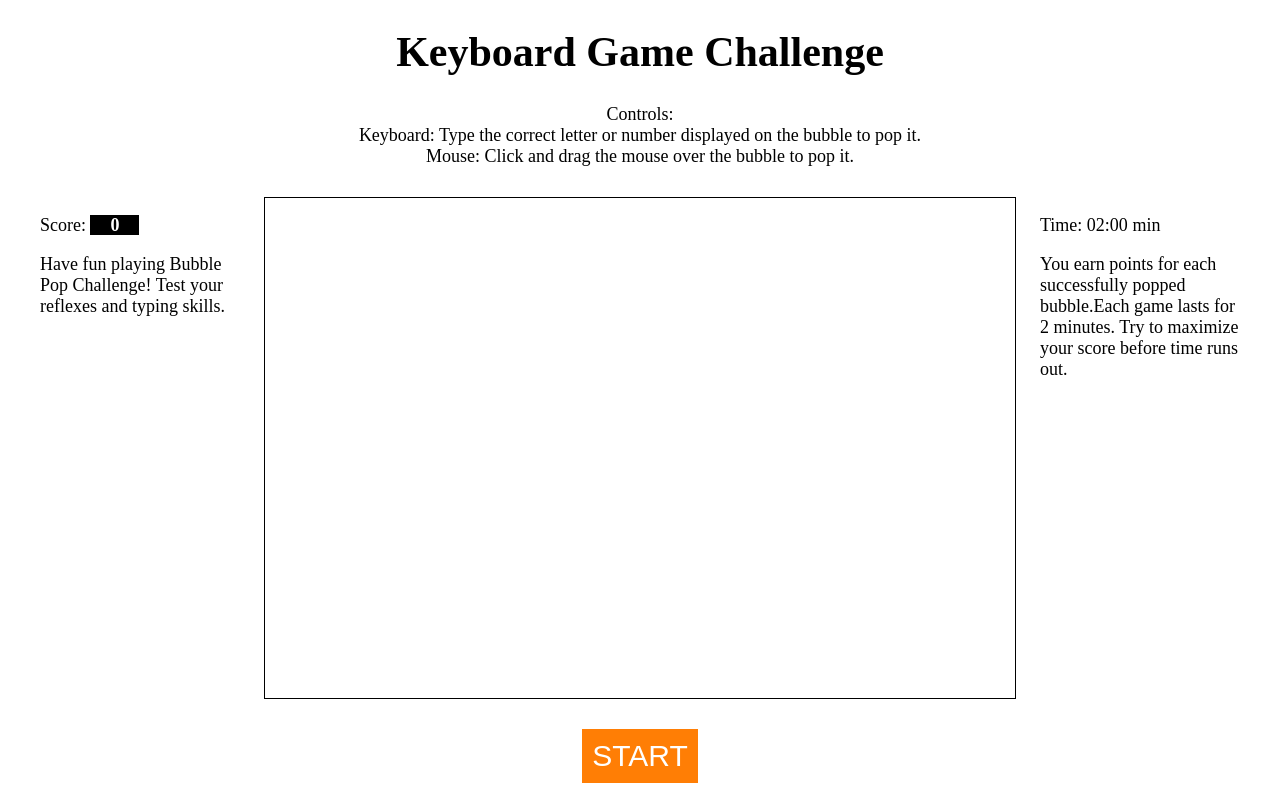
Repository: TianJunShi1/imw-2023
Page: index.html
The author's editor kept a copy of each file at every save. The page is drawn from the files as they stood at one save, then again after the next save.
The browser window is 1280 px wide. The pictures show the whole page.

Above is the page before, as saved 2024-03-25 09:49:59.

### index.html
<!DOCTYPE html>
<html>

<head>
  <title>Bubble Pop Challenge</title>
  <style>
    .box {
      width: 1200px;
      margin: 0 auto;
      text-align: center;
    }

    h1 {
      font-size: 42px;
    }

    .bubblePre {
      width: 600px;
      margin: 0 auto;
    }

    .main {
      display: flex;
      align-items: flex-start;
      justify-content: space-between;
      margin-top: 30px;
    }

    .left,
    .right {
      width: 200px;
    }

    p {
      font-size: 18px;
    }

    .margin0 {
      margin: 0;
    }

    #score {
      padding: 0 20px;
      background-color: #000;
      color: #fff;
      font-weight: bold;
    }

    .left p,
    .right p {
      text-align: left;
    }

    canvas {
      border: 1px solid black;
    }

    button {
      margin-top: 30px;
      background-color: #ff7e05;
      padding: 10px;
      color: #fff;
      border: none;
      cursor: pointer;
      font-size: 30px;
    }
  </style>
</head>

<body>
  <div class="box">
    <h1>Keyboard Game Challenge</h1>
    <div class="bubblePre">
      <p class="margin0">Controls:</p>
      <p class="margin0">
        Keyboard: Type the correct letter or number displayed on the bubble to pop it.
        Mouse: Click and drag the mouse over the bubble to pop it.</p>
    </div>
    <div class="main">
      <div class="left">
        <p>Score: <span id="score">0</span></p>
        <p>Have fun playing Bubble Pop Challenge! Test your reflexes and typing skills.</p>
      </div>
      <canvas id="canvasEle"></canvas>
      <div class="right">
        <p>Time: <span id="time">02:00</span> min</p>
        <p>You earn points for each successfully popped bubble.Each game lasts for 2 minutes. Try to maximize your score
          before time runs out.</p>
      </div>
    </div>
    <button id="start">START</button>
  </div>

  <script src="index.js"></script>
</body>

</html>

### index.js
// 定义游戏状态变量
var score = 0  //定义分数
var bubbles = []  //生成泡泡绘制组成的数组
var time = 120  //定义时间
var keyPressed = ""  //键盘按下
var w = 750  // 设置宽
var h = 500  // 设置高
var timer  //设置定时器默认值
var speedFactor = 0.5 // 减少这个值会使泡泡移动得更慢

// 随机生成泡泡
var o1 = {
  radius: 30,  //半径
  c: 100,  //颜色
  clicked: false,  //是否被点击
  change: { c: 10 }
}

const canvas = document.getElementById("canvasEle")  // 获取 canvas 元素并创建绘图上下文
const ctx = canvas.getContext("2d")
canvas.width = w  // 设置宽
canvas.height = h  // 设置高


// 监听键盘按键事件
document.onkeydown = function (event) {
  keyPressed = event.key.toUpperCase() // 记录按下的键
}

// 监听鼠标点击事件
canvas.onmousedown = function (event) {
  const rect = canvas.getBoundingClientRect()
  const mouseX = event.clientX - rect.left
  const mouseY = event.clientY - rect.top
  for (let i = 0; i < bubbles.length; i++) {
    if (isPointInsideBubble(mouseX, mouseY, bubbles[i])) {
      if (bubbles[i].type === "shape") {
        bubbles[i].clicked = true
      }
    }
  }
}
// 开始游戏按钮点击事件
document.getElementById("start").onclick = function () {
  // 开始游戏了设置禁止再点击start按钮
  document.getElementById("start").setAttribute("disabled", true)
  update()
  generateBubble(4)
  timer = setInterval(updateTimer, 1000)  // 每秒调用一次 updateTimer 函数
}


// 更新游戏状态
function update () {
  // 清空画布
  ctx.clearRect(0, 0, w, h)

  // 绘制泡泡
  for (let i = 0; i < bubbles.length; i++) {
    const o = bubbles[i]

    // 绘制泡泡
    drawBubbles(o)

    // 绘制泡泡内的内容
    if (o.type === "text") {  //文字
      drawBubblesText(o)
    } else if (o.type === "shape") { //图形
      drawBubblesShape(o)
    }

    // 判断泡泡是否被点击或按下正确的键
    if ((o.clicked && o.type === "shape") || (o.type === "text" && o.content === keyPressed)) {
      bubbles.splice(i, 1)  //删除已经正确的
      i--
      score += 1  //正确的+1
      generateBubble(randZeroOrOne()) // 生成新的泡泡
      break // 只在点击一个泡泡后生成一个新的泡泡
    }

    // 检查泡泡是否碰到边界
    bounce(o)

    // 更新泡泡的位置
    o.x += o.dx
    o.y += o.dy
  }

  // 得分
  document.getElementById("score").innerHTML = score

  // 请求下一帧更新
  requestAnimationFrame(update)
}

// 更新剩余时间
function updateTimer () {
  const minutes = Math.floor(time / 60) // 计算剩余分钟数
  const seconds = time % 60 // 计算剩余秒数

  // 格式化时间为 mm:ss 的形式
  const formatTime = `${minutes.toString().padStart(2, '0')}:${seconds.toString().padStart(2, '0')}`
  // 更新时间显示
  document.getElementById("time").innerHTML = formatTime

  if (time <= -1) {
    clearInterval(timer) // 清除定时器
    endGame() // 结束游戏逻辑
  }
  time-- // 时间减少1秒
}

function endGame () {  //结束游戏
  // 弹出得分结果
  alert(`Game Over!\nYour Score: ${score}`)
  location.reload()
  document.getElementById("start").setAttribute("disabled", false)
  return
}

// 绘制泡泡
function drawBubbles (o) {
  // 当泡泡类型为 'shape' 时，不绘制外围的圆形泡泡
  if (o.type === 'text') {
    ctx.beginPath()
    ctx.arc(o.x, o.y, o.radius, 0, Math.PI * 2)
    ctx.fillStyle = o.color
    ctx.fill()
  }
}

// 绘制泡泡里面的文字
function drawBubblesText (o) {
  ctx.font = "20px Arial"
  ctx.fillStyle = "white"
  ctx.fontWeight = "bold"
  ctx.textAlign = "center"
  ctx.fillText(o.content, o.x, o.y + 6)
}

// 绘制泡泡里面的图形
function drawBubblesShape (o) {
  ctx.beginPath()
  if (o.content == 'circle') {
    ctx.arc(o.x, o.y, o.radius, 0, Math.PI * 2)
  } else if (o.content == 'square') {
    ctx.rect(o.x - o.radius, o.y - o.radius, o.radius * 2, o.radius * 2)
  } else if (o.content == 'rectangle') {
    ctx.rect(o.x - o.radius, o.y - o.radius / 2, o.radius * 2, o.radius)
  } else if (o.content == 'triangle') {
    ctx.moveTo(o.x, o.y - o.radius)
    ctx.lineTo(o.x + o.radius, o.y + o.radius)
    ctx.lineTo(o.x - o.radius, o.y + o.radius)
    ctx.closePath()
  } else if (o.content == 'diamond') {
    ctx.beginPath()
    ctx.moveTo(o.x, o.y - o.radius) // 上顶点
    ctx.lineTo(o.x + o.radius, o.y) // 右顶点
    ctx.lineTo(o.x, o.y + o.radius) // 下顶点
    ctx.lineTo(o.x - o.radius, o.y) // 左顶点
    ctx.closePath()
    ctx.fill()
  }
  ctx.fillStyle = o.color
  ctx.fill()
}

// 检查泡泡是否碰到边界
function bounce (o) {
  if (o.x - o.radius <= 0 || o.x + o.radius >= canvas.width) {
    o.dx *= -1
  }
  if (o.y - o.radius <= 0 || o.y + o.radius >= canvas.height) {
    o.dy *= -1
  }
}

// 判断点是否在泡泡内部
function isPointInsideBubble (x, y, o) {
  const dx = x - o.x
  const dy = y - o.y
  return dx * dx + dy * dy <= o.radius * o.radius
}

// num 生成的个数
function generateBubble (num) {
  for (let i = 0; i < num; i++) {  //文字
    let c = o1.change.c += o1.c
    const bubble = {
      x: rand() * (w - 60) + 30, // 随机位置，确保不会碰到边界
      y: rand() * (h - 60) + 30,
      radius: o1.radius,  //半径
      color: 'hsla(' + c + ', 100%, 50%, 1)',  //颜色
      content: getRandomTextContent(),  //内容
      type: "text",  //类型-文字
      clicked: o1.clicked,  //是否被点击
      dx: (rand() * 4 - 2) * speedFactor, // x 方向的速度
      dy: (rand() * 4 - 2) * speedFactor, // y 方向的速度
    }
    bubbles.push(bubble)
  }
  //设置的规则是每消除一个，再生成1个，
  // 控制当随机生成的文字泡泡是1的时候，也就是生成文字泡泡，不生成图形泡泡了
  if (num != 1) {
    let c = o1.change.c += o1.c
    const shapeBubble = {  //图形
      x: rand() * (w - 60) + 30, // 随机位置，确保不会碰到边界
      y: rand() * (h - 60) + 30,
      radius: o1.radius,  //半径
      color: 'hsla(' + c + ', 100%, 50%, 1)',  //颜色
      content: getRandomShapeContent(),  //图形
      type: "shape",
      clicked: o1.clicked,  //是否被点击
      dx: (rand() * 4 - 2) * speedFactor, // x 方向的速度
      dy: (rand() * 4 - 2) * speedFactor, // y 方向的速度
    }
    bubbles.push(shapeBubble)
  }
}



// 随机生成数字或字母
function getRandomTextContent () {
  var letters = "ABCDEFGHIJKLMNOPQRSTUVWXYZ0123456789"
  var randomIndex = Math.floor(Math.random() * letters.length)
  return letters[randomIndex]
}

// 随机生成图形
function getRandomShapeContent () {
  const shapes = ["circle", "square", "rectangle", "triangle", "diamond"]
  const randomIndex = Math.floor(Math.random() * shapes.length)
  return shapes[randomIndex]
}

// 生成随机值
function rand () {
  return Math.random()
}

// 生成随机值，0或者1
function randZeroOrOne () {
  return Math.random() > 0.5 ? 1 : 0
}

After the next save:
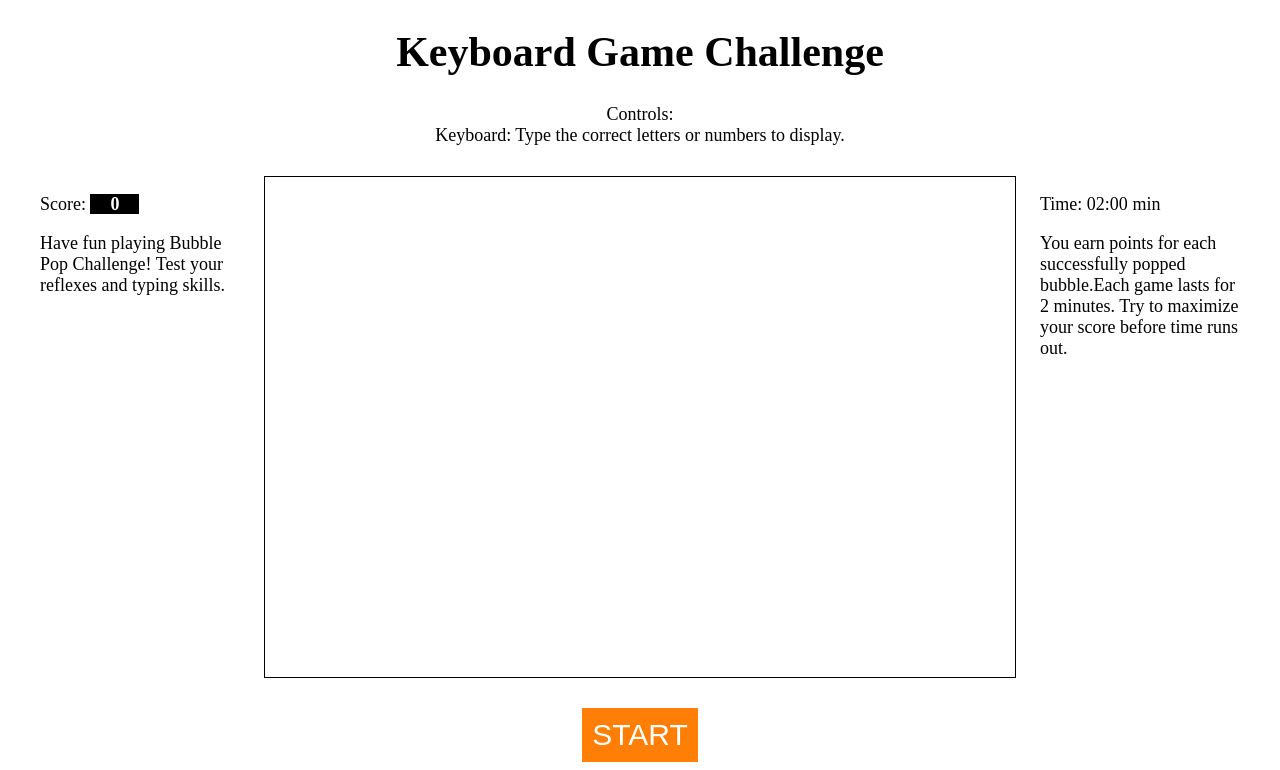
Saved 82 s later.
--- a/index.html
+++ b/index.html
@@ -73,8 +73,7 @@
     <div class="bubblePre">
       <p class="margin0">Controls:</p>
       <p class="margin0">
-        Keyboard: Type the correct letter or number displayed on the bubble to pop it.
-        Mouse: Click and drag the mouse over the bubble to pop it.</p>
+        Keyboard: Type the correct letters or numbers to display.</p>
     </div>
     <div class="main">
       <div class="left">
